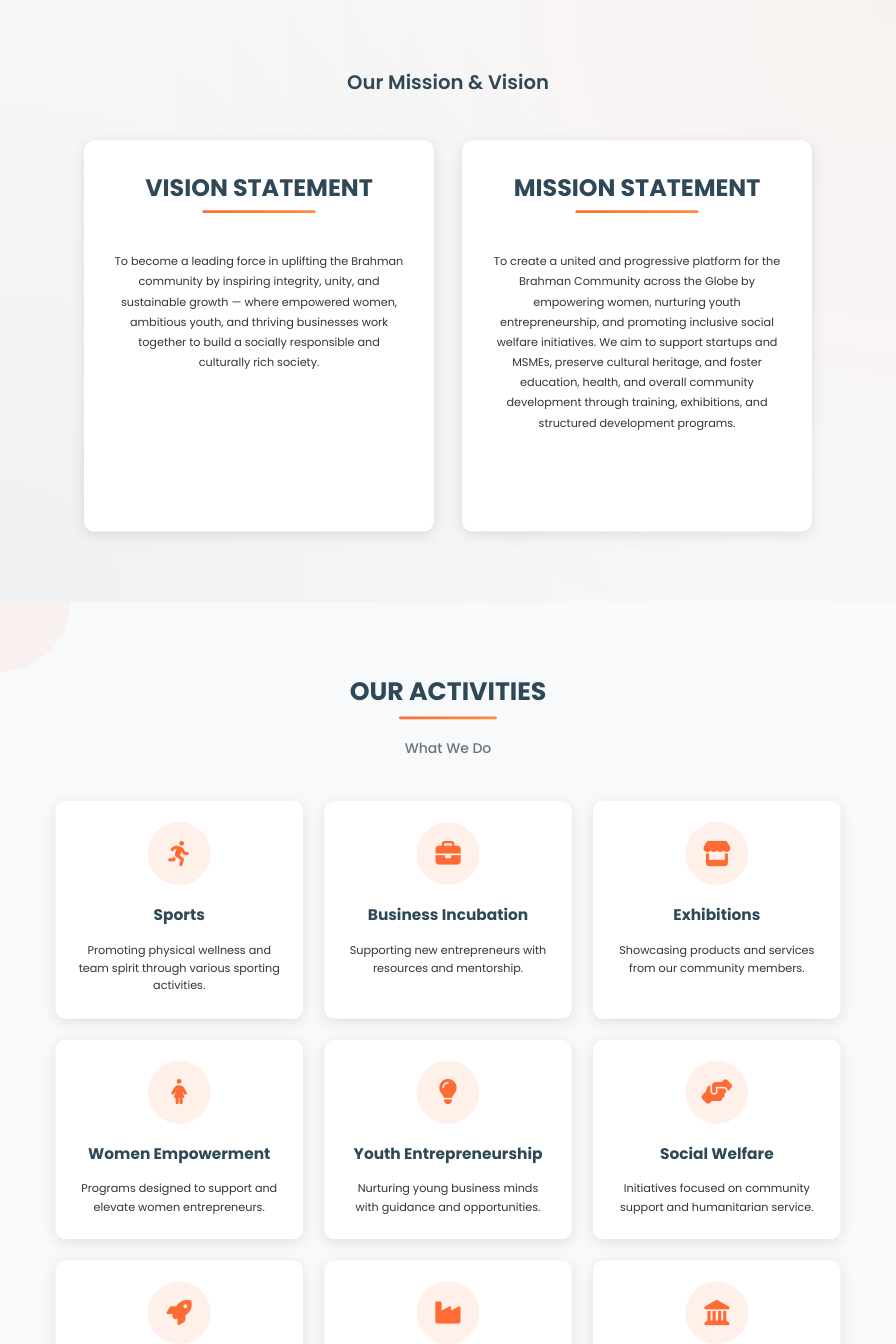
Repository: Snehaldahiphale/bbn-association
Page: index.html
An editor plug-in stored every save of this project. The page is shown before and after the next save, followed by the edit.
The browser window is 1280 px wide. The pictures show the part of the page from y = 3158 to 5078 px (the page is 9406 px tall before and 9381 px after), at 70% of full size.

Above is the page before, as saved 2026-03-06 11:12:32.

After the next save:
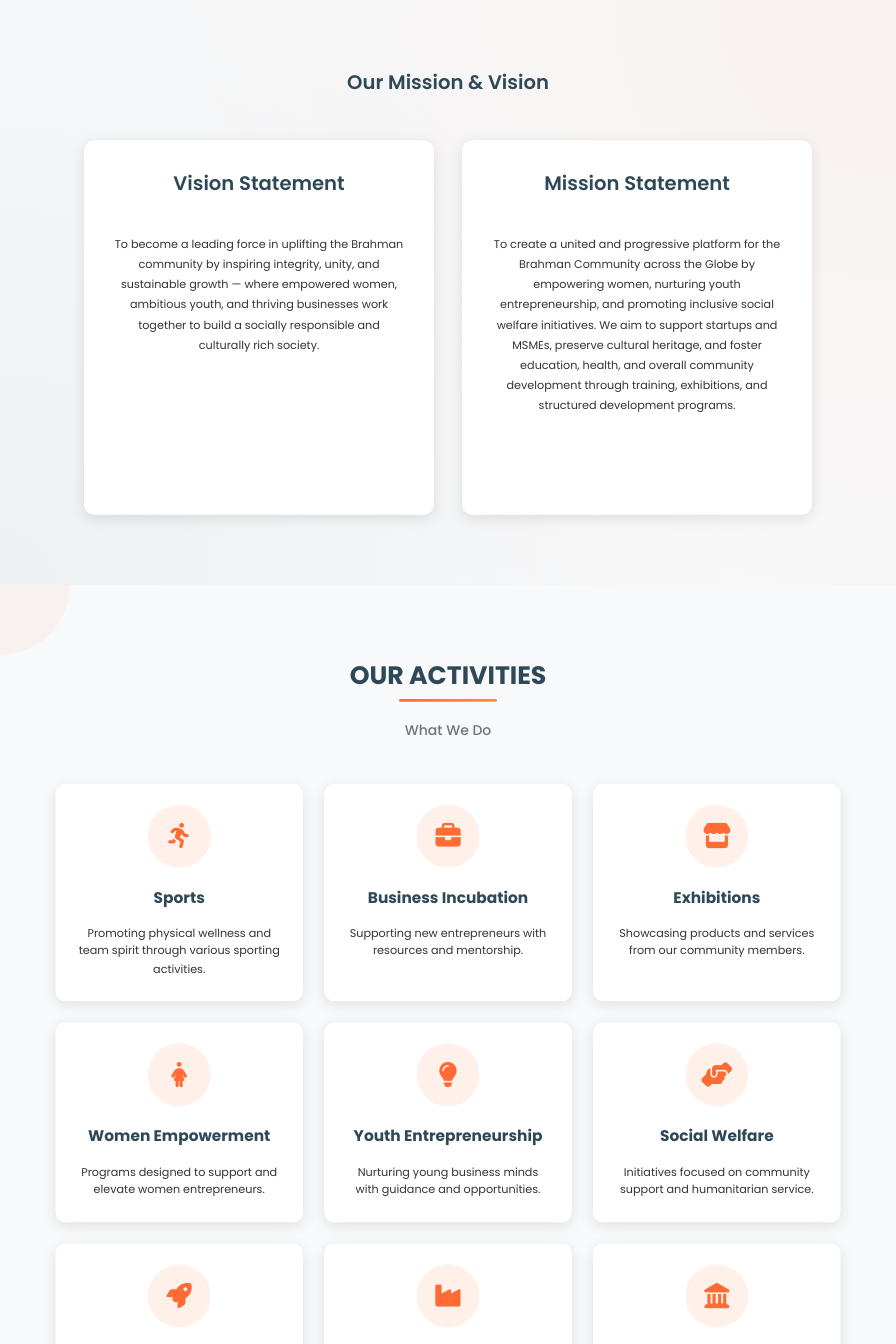
Saved 43 s later.
--- a/index.html
+++ b/index.html
@@ -168,7 +168,7 @@
         <div class="vm-container">
           <div class="vm-box">
             <div class="section-header">
-              <h2>Vision Statement</h2>
+              <h4>Vision Statement</h4>
             </div>
             <div class="language-container" id="vision-language-container">
               <div class="language-content english-content">
@@ -194,7 +194,7 @@
           </div>
           <div class="vm-box">
             <div class="section-header">
-              <h2>Mission Statement</h2>
+              <h4>Mission Statement</h4>
             </div>
             <div class="language-container" id="mission-language-container">
               <div class="language-content english-content">
